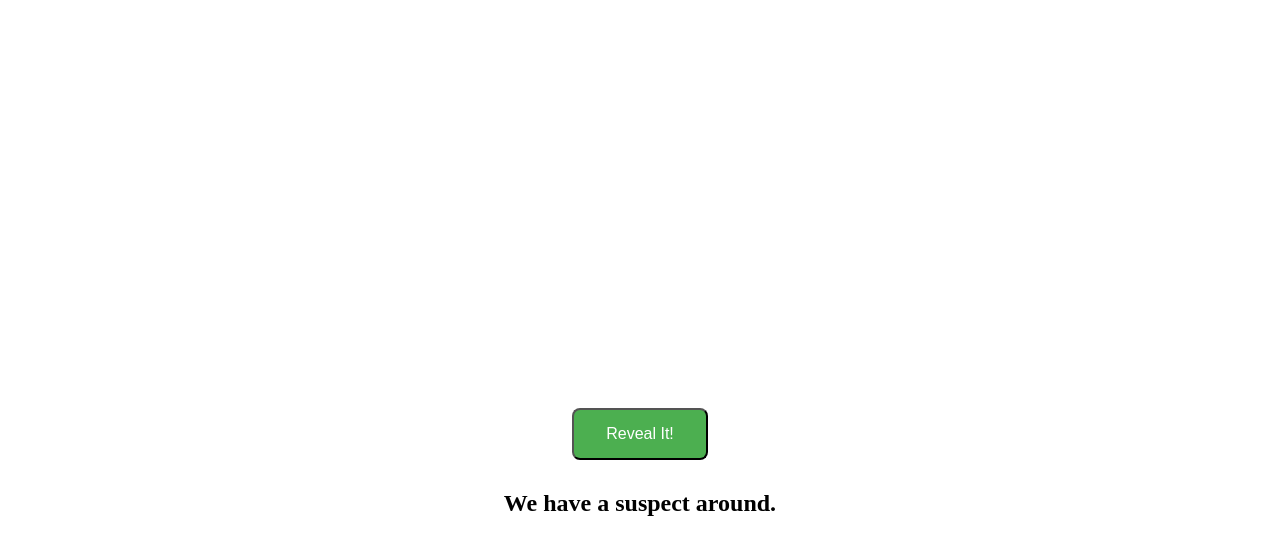
Repository: konstantin0s/lab-javascript-clue
Page: src/index.html
An editor plug-in stored every save of this project. The page is shown before and after the next save, followed by the edit.
The browser window is 1280 px wide. The pictures show the whole page.

Above is the page before, as saved 2019-02-01 12:18:48.

After the next save:
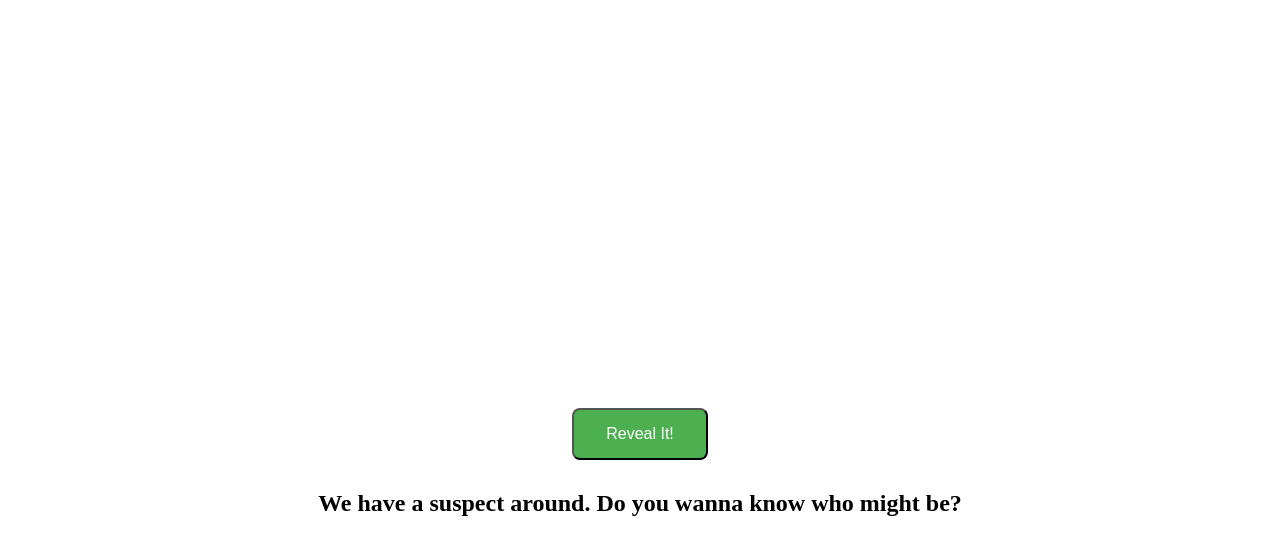
Saved 19 s later.
--- a/src/index.html
+++ b/src/index.html
@@ -15,7 +15,7 @@
   <p class="room"> </p>
   <button type="button" id="button">Reveal It!</button>
   <div id="output">
-   <h2>We have a suspect around.</h2>
+   <h2>We have a suspect around. Do you wanna know who might be?</h2>
   </div>
 
   <script src="clue.js"></script>
